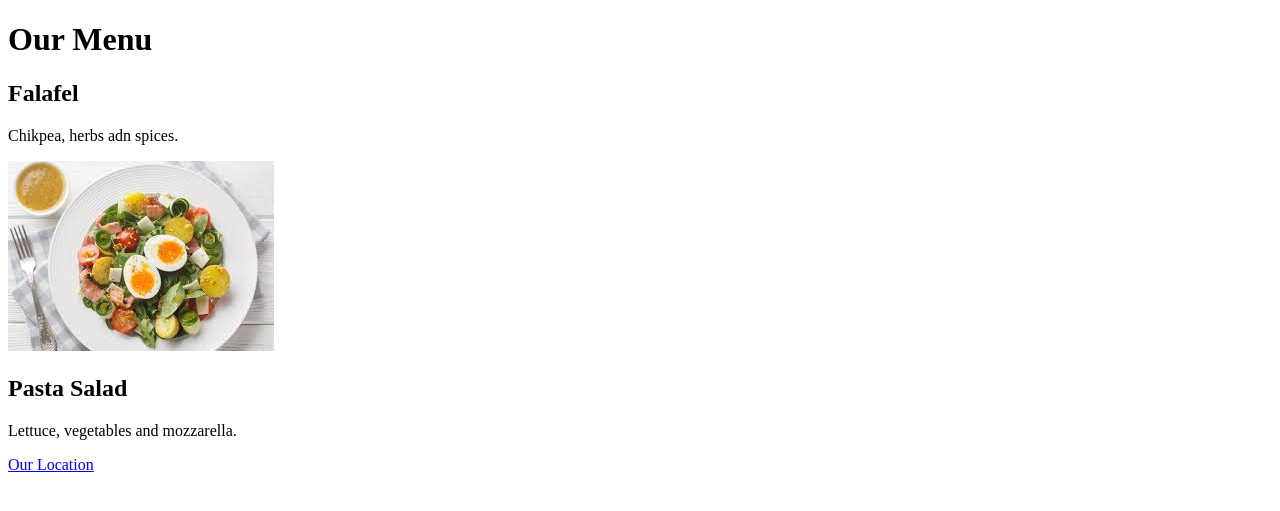
Repository: GiraldoNainggolan/Meta-Coursera
Page: Pengembang Front-End Meta/Modul 2/Mencoba/index.html
The author's editor kept a copy of each file at every save. The page is drawn from the files as they stood at one save, then again after a run of saves.
The browser window is 1280 px wide. The pictures show the whole page.

Above is the page before, as saved 2025-01-25 23:03:53.

After the next 5 saves:
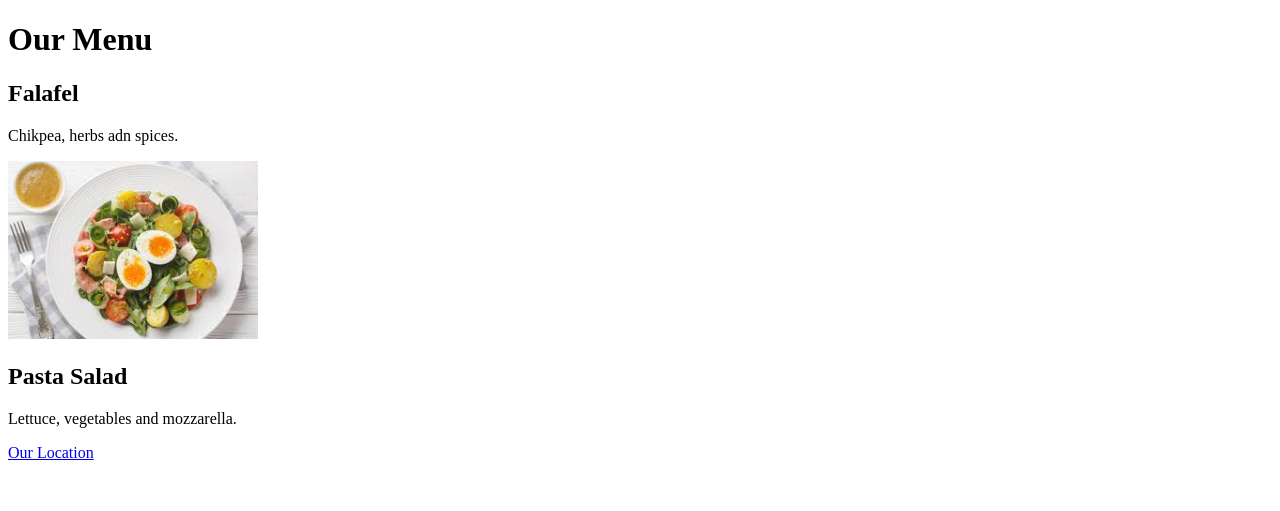
The 5 saves are shown as one change because they came seconds apart.
The last was saved 53 min 58 s later.
--- a/Pengembang Front-End Meta/Modul 2/Mencoba/index.html
+++ b/Pengembang Front-End Meta/Modul 2/Mencoba/index.html
@@ -7,7 +7,7 @@
         <h1>Our Menu</h1>
         <h2>Falafel</h2>
         <p>Chikpea, herbs adn spices.</p>
-        <img src="salad.jpg" alt="gambar">
+        <img src="salad.jpg" alt="gambar" width="250">
         <h2>Pasta Salad</h2>
         <p>Lettuce, vegetables and mozzarella.</p>
         <a href="location.html">Our Location</a>
